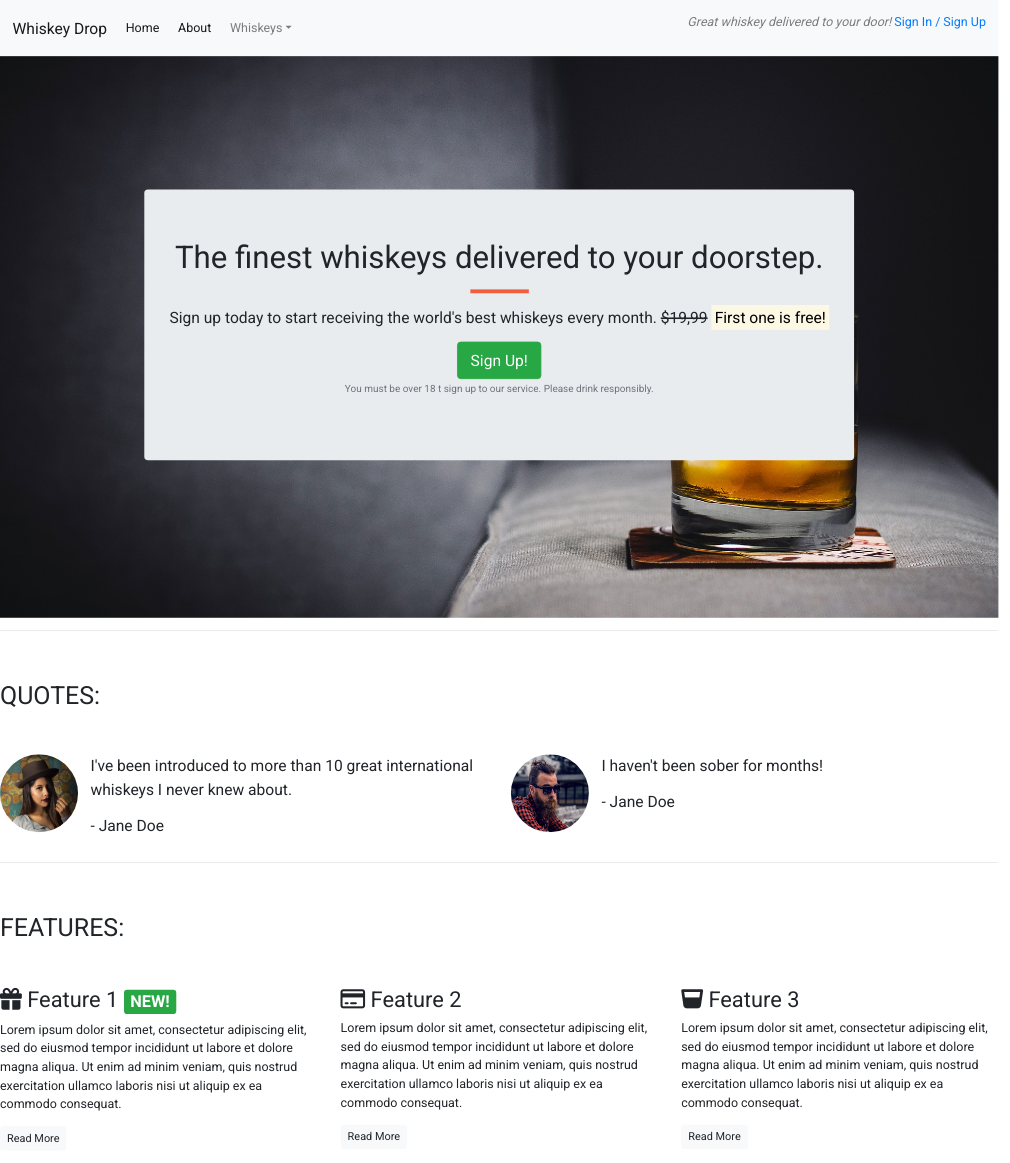
Repository: nitr-am/whiskey-project
Page: index.html
The author's editor kept a record of every edit. The page is drawn from the files as they stood at one moment, then again after the next edit.
The browser window is 1280 px wide. The page is 1295 px wide, so the pictures cover 1295 px, including what lies to the right of the window. The pictures show the whole page, at 78% of full size.
Backgrounds fixed to the window are drawn as part of the page. Some web libraries are served in a nearby version.

Above is the page before.

After the next edit:
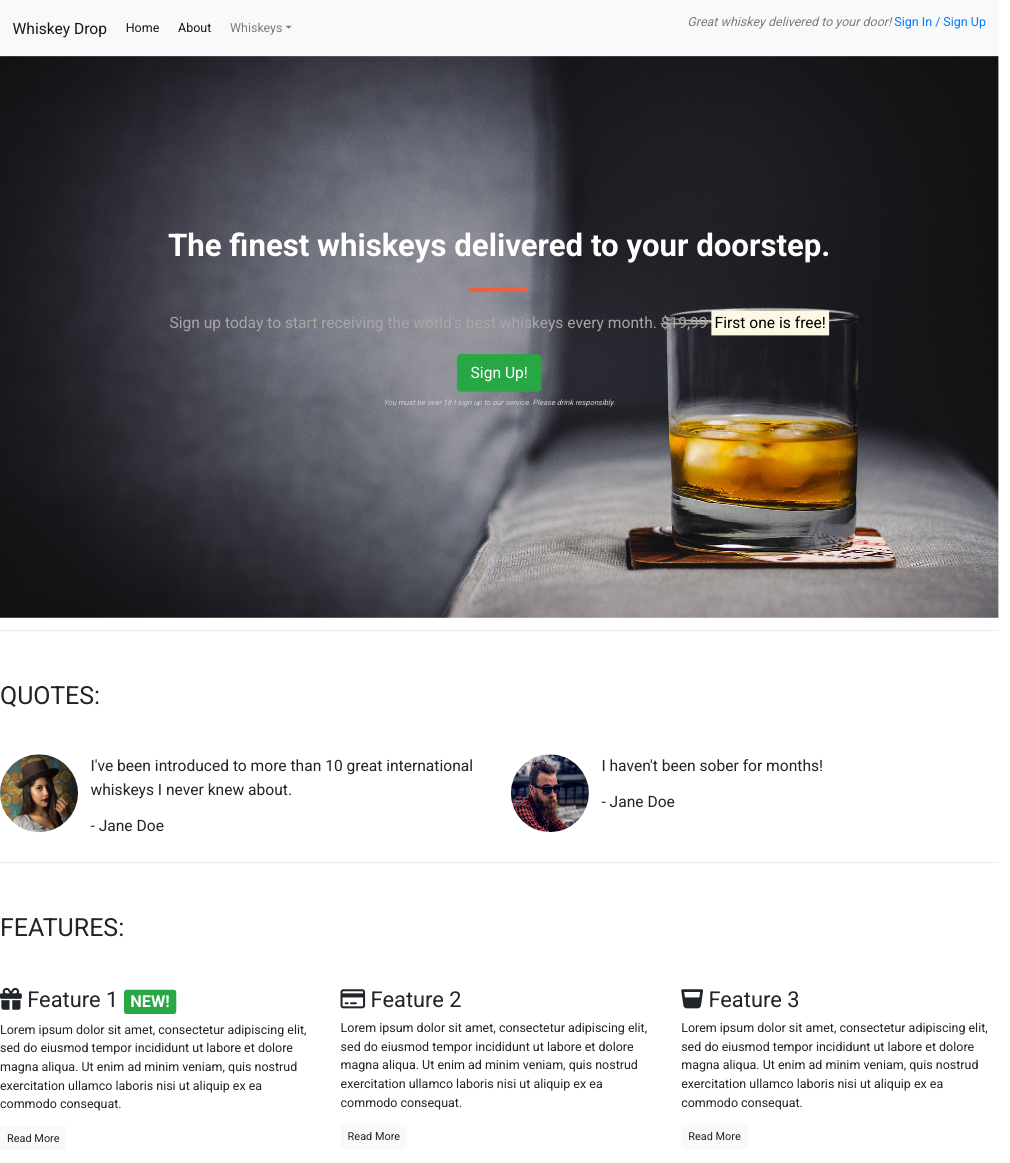
The edit:
--- a/css/style.css
+++ b/css/style.css
@@ -76,6 +76,7 @@
 .navbar-dark .navbar-brand:hover {
     color: #fff;
     font-weight: bold;
+}
 
 /* Jumbotrons */
 
